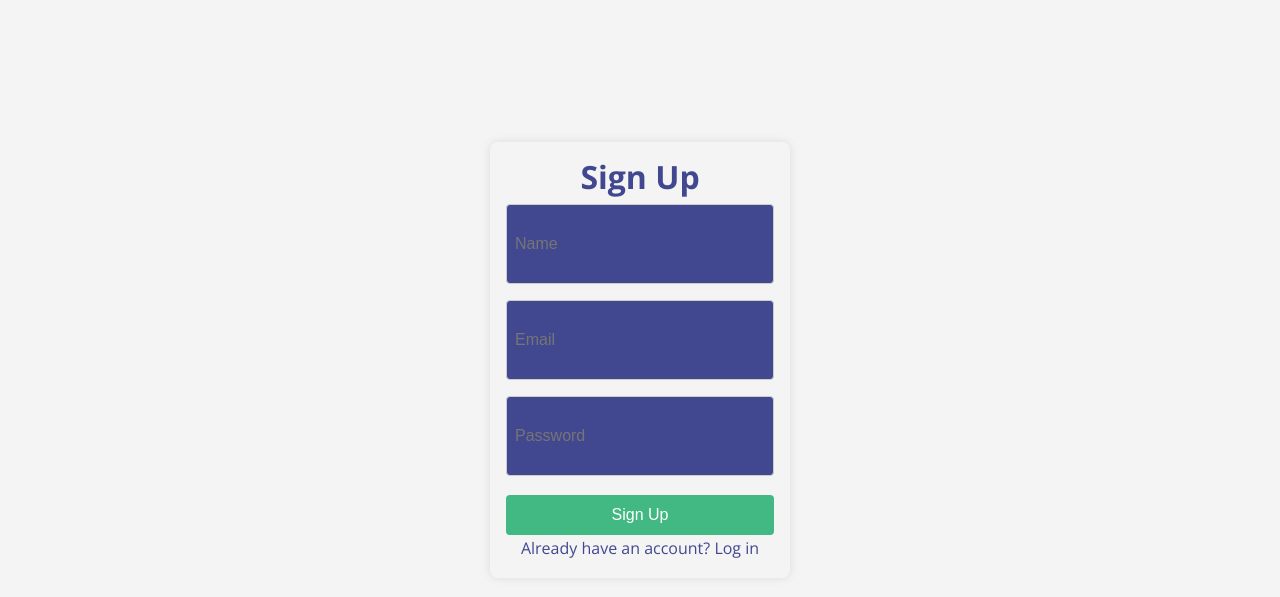
Repository: XiuwenZ/finder
Page: /signup (app in frontend/)
The author's editor kept a copy of each file at every save. The page is drawn from the files as they stood at one save, then again after the next save.
The browser window is 1280 px wide. The pictures show the whole page.
The project was rebuilt for these pictures with package versions that can differ from the ones it lists, and the page was loaded fresh each time. Also part of the build but not shown: frontend/vite.config.js, frontend/src/components/Navbar.jsx, frontend/src/components/Header.jsx, frontend/src/components/RegisteredEvent.jsx, frontend/src/components/EventFilter.jsx, frontend/src/components/MoreEvents.jsx, frontend/src/components/Footer.css, frontend/src/components/ContactForm.jsx and 5 more.

Above is the page before, as saved 2024-02-03 22:16:22.

After the next save:
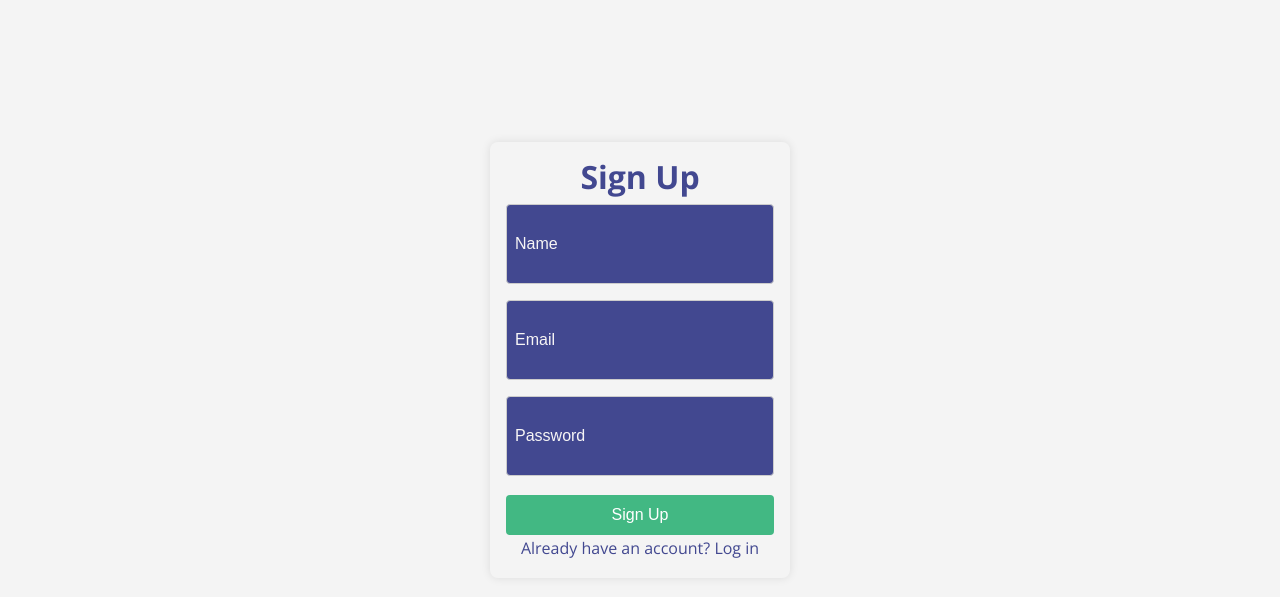
Saved 71 s later.
--- a/frontend/src/components/Signup.css
+++ b/frontend/src/components/Signup.css
@@ -13,6 +13,10 @@ input {
   margin: 0.5rem 0;
   border: 1px solid #ccc;
   border-radius: 4px;
+}
+
+.auth-container input::placeholder {
+  color: #f7f5f5; /* Replace with your desired color */
 }
 
 button {
